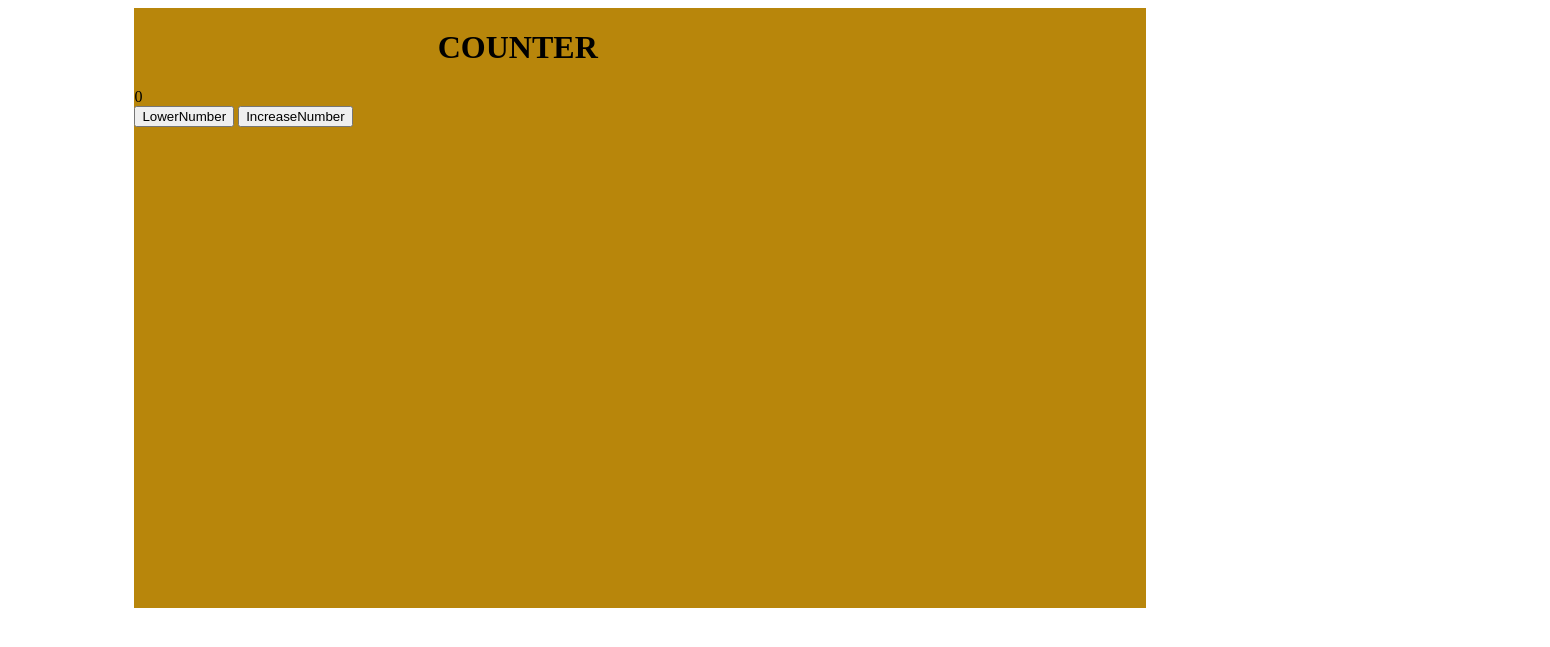
Repository: Sgalstyan06/counterNum
Page: index.html
These files come from the project's save history. The page is drawn as it stood at one moment and after the next save; the edit follows.
The browser window is 1280 px wide. The page is 1449 px wide, then 1550 px, so the pictures cover 1550 px, including what lies to the right of the window. The pictures show the whole page.

Above is the page before, as saved 2022-02-14 16:49:22.

### index.html
<!DOCTYPE html>
<html lang="en">
<head>
    <meta charset="UTF-8">
    <meta http-equiv="X-UA-Compatible" content="IE=edge">
    <meta name="viewport" content="width=device-width, initial-scale=1.0">
    <title>Document</title>
    <link rel="stylesheet" href="./style.css">
</head>
<body>
    <div class="main">
        <div><h1>COUNTER</h1></div>

        <div class="result">0</div>
        <div>
            <button class="LowerNumber">LowerNumber</button>
            <button class="IncreaseNumber">IncreaseNumber</button>
        </div>
    </div>
    <script src="./script.js"></script>
</body>
</html>

### style.css
.main{
    width: 80%;
    height: 600px;
    margin: 0 auto;
    background-color: darkgoldenrod;
    display: flex;
    flex-direction: column;
}
h1{
    width: 100%;
   padding-left: 30%;
}

Loaded but not shown: script.js (no stored copy; drawn as an empty file)

After the next save:
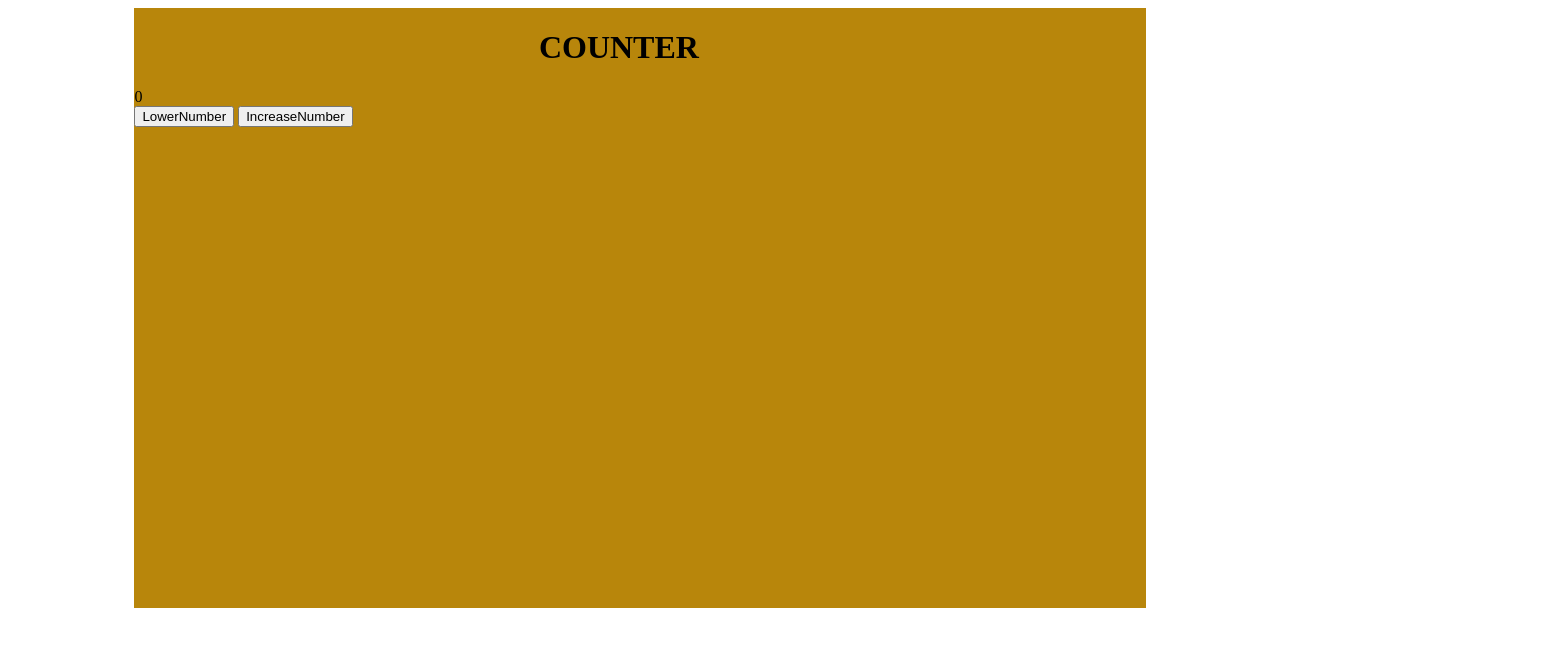
Saved 7 s later.
--- a/style.css
+++ b/style.css
@@ -8,5 +8,5 @@
 }
 h1{
     width: 100%;
-   padding-left: 30%;
+   padding-left: 40%;
 }
